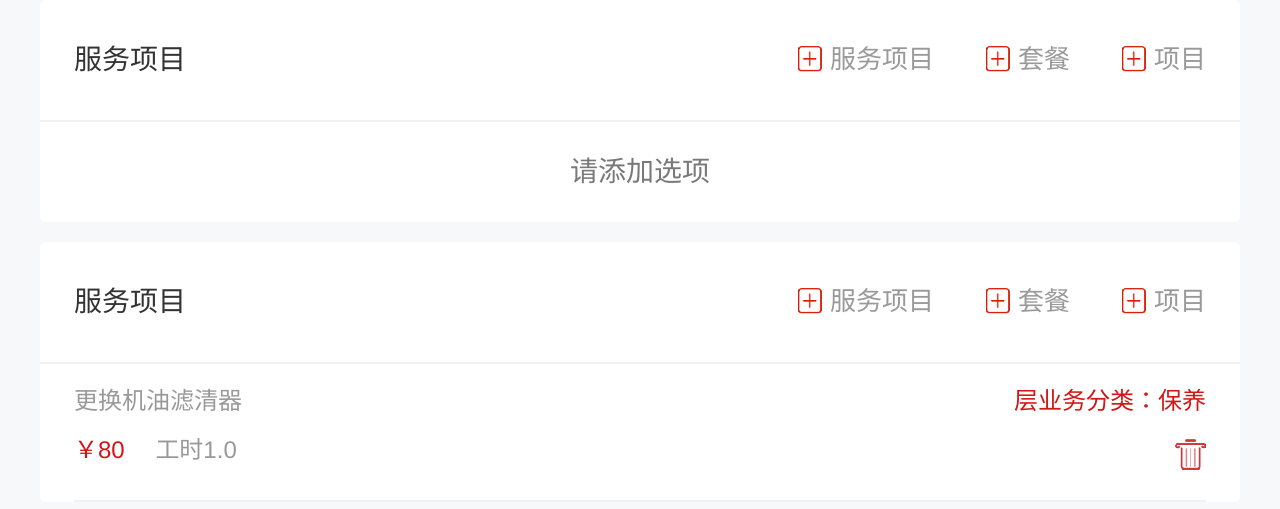
Repository: family-car/car
Page: maintenance.html
An editor plug-in stored every save of this project. The page is shown before and after a run of saves, followed by the edit.
The browser window is 1280 px wide. The pictures show the whole page.

Above is the page before, as saved 2020-05-12 21:00:00.

### maintenance.html
<!-- HTML5文件 -->
<!DOCTYPE html>
<html>
<head>
	<meta charset="utf-8" />
	<meta name="viewport"
          content="width=device-width, user-scalable=no, initial-scale=1.0, maximum-scale=1.0, minimum-scale=1.0">
	<meta content="telephone=no,email=no" name="format-detection">
	<meta name="wap-font-scale" content="no">
	<title>开单</title>
	<!-- ui框架引入css -->
	<link href="lib/weui/weui.min.css" rel="stylesheet" type="text/css" />
	<link href="lib/weui/jquery-weui.min.css" rel="stylesheet" type="text/css" />
	<!-- 公用样式css -->
	<link href="src/css/base.css" rel="stylesheet" type="text/css" />
	<!-- 界面引入css -->
  <link href="src/css/app/maintenance.css" rel="stylesheet" type="text/css" />
  <!-- jquery引入 -->
  <script type="text/javascript" src="lib/jquery/jquery-2.1.4.min.js"></script>
  <script type="text/javascript" src="lib/common.js"></script>
</head>
<body>

<div class="view bot44">
    <div class="serviceProject">
        <div class="serviceP_form serviceProjectCon">
           <div class="serviceP_form_item">
                <ul class="cf serviceP_title">
                    <li class="fl">服务项目</li>
                    <li class="fr serviceP_title_right"><img src="src/image/small_add.png"/>项目</li>
                    <li class="fr serviceP_title_right"><img src="src/image/small_add.png"/>套餐</li>
                    <li class="fr serviceP_title_right"><img src="src/image/small_add.png"/>服务项目</li>
                </ul>
                <p>请添加选项</p>
           </div>
           <div class="serviceP_form_item">
                <ul class="cf serviceP_title">
                    <li class="fl">服务项目</li>
                    <li class="fr serviceP_title_right"><img src="src/image/small_add.png"/>项目</li>
                    <li class="fr serviceP_title_right"><img src="src/image/small_add.png"/>套餐</li>
                    <li class="fr serviceP_title_right"><img src="src/image/small_add.png"/>服务项目</li>
                </ul>
                <div class="serviceProject_list">
                    <ul class="changeOil">
                        <li class="cf">
                            <span class="fl">更换机油滤清器</span>
                            <span class="fr colorRed">层业务分类：保养</span>
                        </li>
                        <li class="cf">
                            <span class="fl price">
                                <em class="colorRed">￥80</em>
                                <em>工时1.0</em>
                            </span>
                            <span class="fr"><img src="src/image/detele.png"/></span>
                        </li>
                    </ul>

                </div>

           </div>
        </div>
    </div>
</div>

<!-- jquery引入 -->

</body>
</html>

### src/css/base.css
* {
    touch-action: pan-y;
}
*,
*:after,
*:before {
    -webkit-box-sizing: border-box;
    box-sizing: border-box;
}
[v-cloak] {
  display: none;
}
a,
blockquote,
body,
code,
dd,
div,
dl,
dt,
em,
fieldset,
form,
h1,
h2,
h3,
h4,
h5,
h6,
iframe,
img,
input,
label,
li,
object,
ol,
p,
q,
small,
span,
strong,
table,
tbody,
td,
th,
tr,
ul {
    margin: 0;
    padding: 0;
    border: 0;
}
input{
	outline: none;
}
body,
html {
    width: 100%;
    height:100%;
    overflow-y: auto;
}

body {
    margin: 0 auto;
    line-height: 1;
    font-size: 24px;
    font-family: 'STHeiti', 'Microsoft YaHei', Helvetica, Arial, sans-serif;
    -webkit-text-size-adjust: none;
    -webkit-tap-highlight-color: rgba(0, 0, 0, 0);
}

h1,
h2,
h3,
h4,
h5,
h6 {
    font-size: 24px;
    font-weight: normal;
}

a,
a:active,
a:focus,
a:hover,
a:visited {
    text-decoration: none;
    color: #393939;
}

a,
img {
    -webkit-touch-callout: none;
}

li,
ol,
ul {
    list-style: none;
}

input[type="password"],
input[type="tel"],
input[type="text"],
select,
textarea {
    display: block;
    width: 100%;
    line-height: 1.2;
    font-size:24px;
    resize: none;
    outline: 0;
    vertical-align: middle;
    background-color: #fff;
    background-image: none;
    border: 0;
    white-space: pre-wrap;
    word-wrap: break-word;
    -webkit-appearance: none;
}

p {
    background-color: transparent;
    word-break: break-all;
}

em,
i {
    font-style: normal;
}
@font-face {
    font-family: 'iconfont';
    src: url("../font/icomoon.eot");
    src: url("../font/icomoon.eot?#iefix") format("embedded-opentype"), url("../font/icomoon.ttf") format("truetype"), url("../font/icomoon.svg#iconfont") format("svg");
}

html {
    background: #fff;
}

body {
    background: #fff;
    color: #999;
}

.fl {
    float: left;
}

.fr {
    float: right;
}

.cf:after {
    display: block;
    clear: both;
    content: "";
    visibility: hidden;
    height: 0;
}

.tr {
    text-align: right;
}

.tc {
    text-align: center;
}

.td-underline {
    text-decoration: underline;
}

.tm {
    vertical-align: middle;
}
.boxSizing{
    box-sizing:border-box;
    -moz-box-sizing:border-box; /* Firefox */
    -webkit-box-sizing:border-box;
}

.flex {
    display: -webkit-box !important;
    display: -webkit-flex !important;
    display: -ms-flexbox !important;
    display: flex !important;
    -webkit-flex-wrap: wrap;
    -ms-flex-wrap: wrap;
    flex-wrap: wrap;
}

.flex .cell {
    -webkit-box-flex: 1;
    -webkit-flex: 1;
    -ms-flex: 1;
    flex: 1;
    width: 0;
    -webkit-flex-basis: 0;
    -ms-flex-preferred-size: 0;
    flex-basis: 0;
    max-width: 100%;
    display: block;
    padding: 0 !important;
    position: relative;
}
.flex .cell2{
    -webkit-box-flex: 2;
    -webkit-flex: 2;
    -ms-flex: 2;
    flex: 2;
}


.flex .cell.hide {
    display: none;
}

.flex .flex-130 {
    -webkit-box-flex: 150!important;
    -webkit-flex: 130!important;
    -ms-flex: 130!important;
    flex: 130!important;
}

.flex .flex-200 {
    -webkit-box-flex: 200!important;
    -webkit-flex: 200!important;
    -ms-flex: 200!important;
    flex: 200!important;
}

.flex-center {
    -webkit-box-pack: center;
    -webkit-justify-content: center;
    justify-content: center;
    -webkit-box-align: center;
    -webkit-align-items: center;
    align-content: center;
}
.flex-between {
    -webkit-box-pack: center;
    -webkit-justify-content: space-between;
    justify-content: space-between;
    -webkit-box-align: center;
    -webkit-align-items: center;
    align-content: center;
}

.img-responsive {
    display: inline-block;
    width: 100%;
}

.bg-white {
    background: #fff;
}

.bg-orange {
    background: #fa462d;
}

.bg-blue {
    background: #246EBE;
}
.bg-green{color:#0BA66D;}
.bg-light-green{color:#56dfb3;}
.bg-gray {
    background: #f3f4f6;
}

.bg-light-yellow {
    background: #fbf8ec;
}

.bg-disabled {
    background: #9d9d9d;
}

.color-blue {
    color: #246EBE;
}

.color-muted {
    color: #9d9d9d;
}

.color-orange {
    color: #fa462d;
}

.color-white {
    color: #fff;
}

.color-gray {
    color: #848689;
}
.color-green{color:#0BA66D;}
.color-light-green{color:#56dfb3;}
.color-red{color:#f23030;}
.color-block{color:#393939;}

.relative {
    position: relative;
}

.overflow {
    overflow: hidden;
}

.ellipsis {
    white-space: nowrap;
    overflow: hidden;
    text-overflow: ellipsis;
}

.clamp {
    display: -webkit-box;
    overflow: hidden;
    text-overflow: ellipsis;
    -webkit-line-clamp: 2;
    -webkit-box-orient: vertical;
}

.animate {
    -webkit-animation-play-state: paused;
}

.hide {
    display: none;
}

.footbar-default .coagent span:before,
.iconfont,
.panel-selector .list li .fr:after,
.select:before {
    font-family: "iconfont" !important;
    font-size: .28rem;
    font-style: normal;
    -webkit-font-smoothing: antialiased;
    -webkit-text-stroke-width: 2px;
    -moz-osx-font-smoothing: grayscale;
}
.btn {
    display: inline-block;
    padding: .18rem .2rem;
    vertical-align: middle;
    font-size: .26rem;
    font-weight: normal;
    line-height: 1;
    text-align: center;
    white-space: nowrap;
    background-image: none;
    border: 1px solid transparent;
    border-radius: .06rem;
    cursor: pointer;
    outline: 0;
    -webkit-appearance: none;
    -webkit-user-select: none;
    -moz-user-select: none;
    -ms-user-select: none;
    user-select: none;
}

.btn-default {
    color: #393939;
    background-color: #fff;
    border-color: #ccc;
}

.btn-primary {
    color: #fff;
    background-color: #0ba66d;
    border-color: #0ba66d;
}

.btn-primary-outline {
    color: #0ba66d;
    background-color: #fff;
    border-color: #0ba66d;
}

.btn-default-outline {
    color: #393939;
    background-color: #fff;
    border-color: #d7d7d7;
}

.btn-disabled {
    color: #fff;
    background-color: #9d9d9d;
    border-color: #9d9d9d;
}

.btn-block {
    display: block;
    width: 100%;
    padding-left: 0;
    padding-right: 0;
}

.btn-primary:active {
    color: #fff;
    background-color: #0ba66d;
    border-color: #0ba66d;
}

.btn-disabled:active {
    color: #fff;
    background-color: #9d9d9d;
    border-color: #9d9d9d;
}

.btn-default:active {
    color: #393939;
    background-color: #d7d7d7;
    border-color: #d7d7d7;
}

.btn-search {
    padding: .06rem .1rem;
    margin-left: .05rem;
    line-height: .4rem;
}

.pd8 {
    padding-right: .8rem;
    padding-left: .8rem;
}

.badge-outline {
    background: #fff;
    border: 1px solid #0ba66d;
    color: #0ba66d;
}

.no_info {
    color: #9d9d9d;
    line-height: 2.2rem;
    text-align: center;
}

/*字体*/
.icon-detail:before {
    content: '\e93b';
}
.icon-floder:before {
    content: '\e91b';
}
.icon-home:before {
    content: '\e901';
}
.icon-order:before {
    content: '\e908';
}
.icon-mine:before {
    content: '\e905';
}
.icon-upload::before{
    content: '\e91c';
}
.icon-add::before{
    content: '\e91e';
}
.icon-detele::before{
    content: '\e920';
}
.icon-warn::before{
    content: '\e91a';
}
.icon-arrow::before{
    content:'\e916'
}
.icon-course::before{
    content:'\e908'
}

 #loading{
     position:fixed;
     top:0;left:0;
     width:100%;height:100%;
     background: rgba(0,0,0,.7);
     z-index:999;
}
 #loading .loader-01{
     position:absolute;top:50%;left:50%;
     width:60px;height:60px;
     margin-top:-30px;
     margin-left:-30px;
     color: #fff;
}
.weui-tabbar__item.weui-bar__item--on .weui-tabbar__label{
    color: #F12222;
}
/*button*/
.vehicleEntry_btn{
    color: #F12222;
    width: 412px;
    height: 60px;
    background: #F12222;
    border-radius: 30px;
    color: #fff;
    text-align: center;
    line-height: 60px;
    margin: 0 auto;
    margin-bottom: 40px;
    font-size: 28px;
}
/*footer*/
.footer{
    overflow: hidden;
}
.weui-tabbar .weui-tabbar__item{
    padding-top: 20px;
}
.weui-tabbar .weui-tabbar__icon{
    width: 54px;
    height: 54px;
}
.weui-tabbar .weui-tabbar__label{
    font-size: 20px;
}
.view{
    padding-bottom:130px;
}

### src/css/app/maintenance.css
body,html{
    background: #f7f8fa;
}
.serviceProject{
    padding: 0 20px;
}
.serviceP_form{
    padding: 0 20px;
}
.serviceP_form .serviceP_form_item{
    background: #fff;
    margin-bottom: 20px;
    border-radius: 6px;
}
.serviceP_form .serviceP_form_item .serviceP_title{
    border-bottom: 2px solid #F1F1F1;
    padding: 46px 34px;
}
.serviceP_form .serviceP_form_item .serviceP_title li{
    font-size: 26px;
}
.serviceP_form .serviceP_form_item .serviceP_title li img{
    vertical-align: top;
    height: 26px;
    width: 26px;
    margin-right: 8px;
}
.serviceP_form .serviceP_form_item .serviceP_title li:first-child{
    font-size: 28px;
    color: #333;
}
.serviceP_form .serviceP_form_item .serviceP_title .serviceP_title_right{
    padding-left: 50px;
}
.serviceP_form .serviceP_form_item p{
    padding: 36px 0;
    text-align: center;
    font-size: 28px;
    color: #797979;
}
.serviceProject_list{
    padding: 0 34px;
}
.serviceProject_list .changeOil{
    padding-bottom: 25px;
    border-bottom: 2px solid #F1F1F1;
}
.serviceProject_list .changeOil li{
    padding-top: 25px;
}
.serviceProject_list .changeOil li .price em{
    padding-right: 24px;
}
.colorRed{
    color: #D41515;
}

### lib/common.js

var _phoneWidth = parseInt(window.screen.width);
var _phoneHeight = parseInt(window.screen.height);
var _phoneScale = Math.floor(_phoneWidth/750*100)/100;
var Terminal = {
            platform : function(){
                var u = navigator.userAgent, app = navigator.appVersion;
                return {
                    android: u.indexOf('Android') > -1 || u.indexOf('Linux') > -1,
                    iPhone: u.indexOf('iPhone') > -1 ,
                    iPad: u.indexOf('iPad') > -1
                };
            }(),
            language : (navigator.browserLanguage || navigator.language).toLowerCase()
        }
if((Terminal.platform.iPhone||Terminal.platform.iPad)&&getQueryString("isReverse")=="yes"){
		      	  alert(getQueryString("isReverse"));
		    	  _phoneScale = _phoneHeight/750;
}
var ua = navigator.userAgent;
document.write('<meta name="viewport" content="width=750,target-densitydpi=device-dpi, initial-scale='+_phoneScale+', minimum-scale='+_phoneScale+', maximum-scale='+_phoneScale+', user-scalable=no">');

function getQueryString(name) {//用url来判断横屏
	var reg = new RegExp("(^|&)" + name + "=([^&]*)(&|$)", "i");
	var r = window.location.search.substr(1).match(reg);
	if (r != null) return unescape(r[2]); return null;
}

Loaded but not shown: lib/weui/weui.min.css (library); lib/weui/jquery-weui.min.css (library); lib/jquery/jquery-2.1.4.min.js (library)

After the next 2 saves:
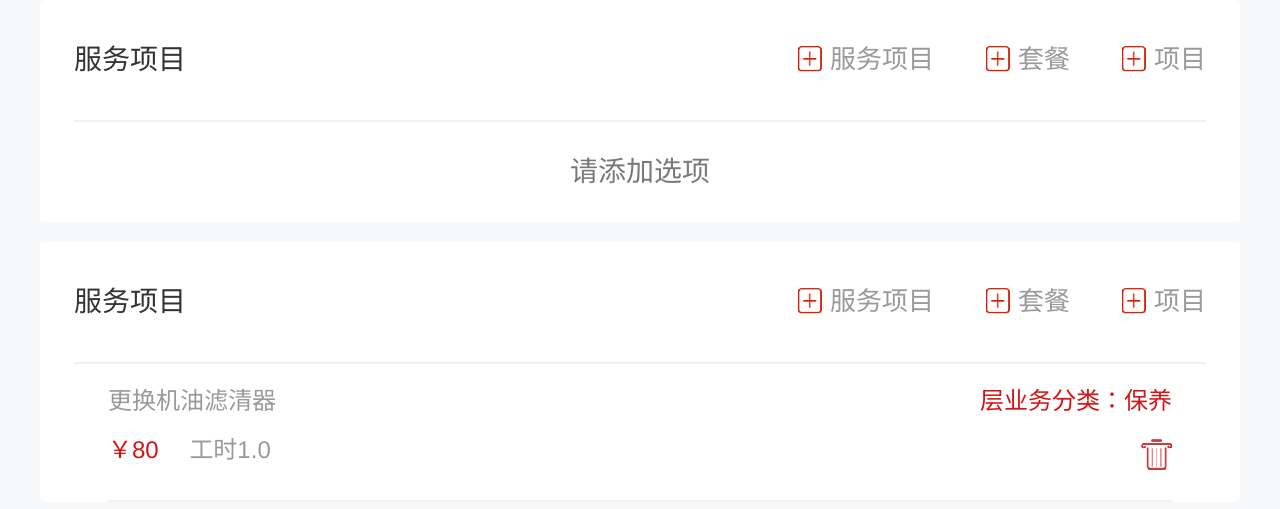
The 2 saves are shown as one change because they came seconds apart.
The last was saved 55 s later.
--- a/src/css/app/maintenance.css
+++ b/src/css/app/maintenance.css
@@ -11,10 +11,11 @@
     background: #fff;
     margin-bottom: 20px;
     border-radius: 6px;
+    padding: 0 34px;
 }
 .serviceP_form .serviceP_form_item .serviceP_title{
     border-bottom: 2px solid #F1F1F1;
-    padding: 46px 34px;
+    padding: 46px 0;
 }
 .serviceP_form .serviceP_form_item .serviceP_title li{
     font-size: 26px;

After the save that followed:
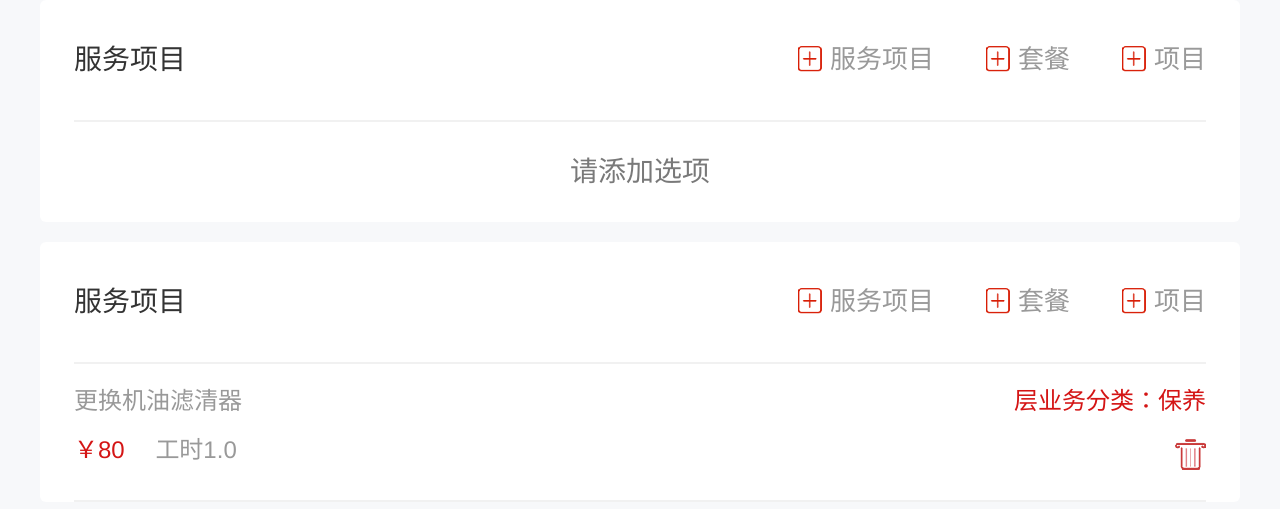
Saved 29 s later.
--- a/src/css/app/maintenance.css
+++ b/src/css/app/maintenance.css
@@ -40,7 +40,7 @@
     color: #797979;
 }
 .serviceProject_list{
-    padding: 0 34px;
+
 }
 .serviceProject_list .changeOil{
     padding-bottom: 25px;
